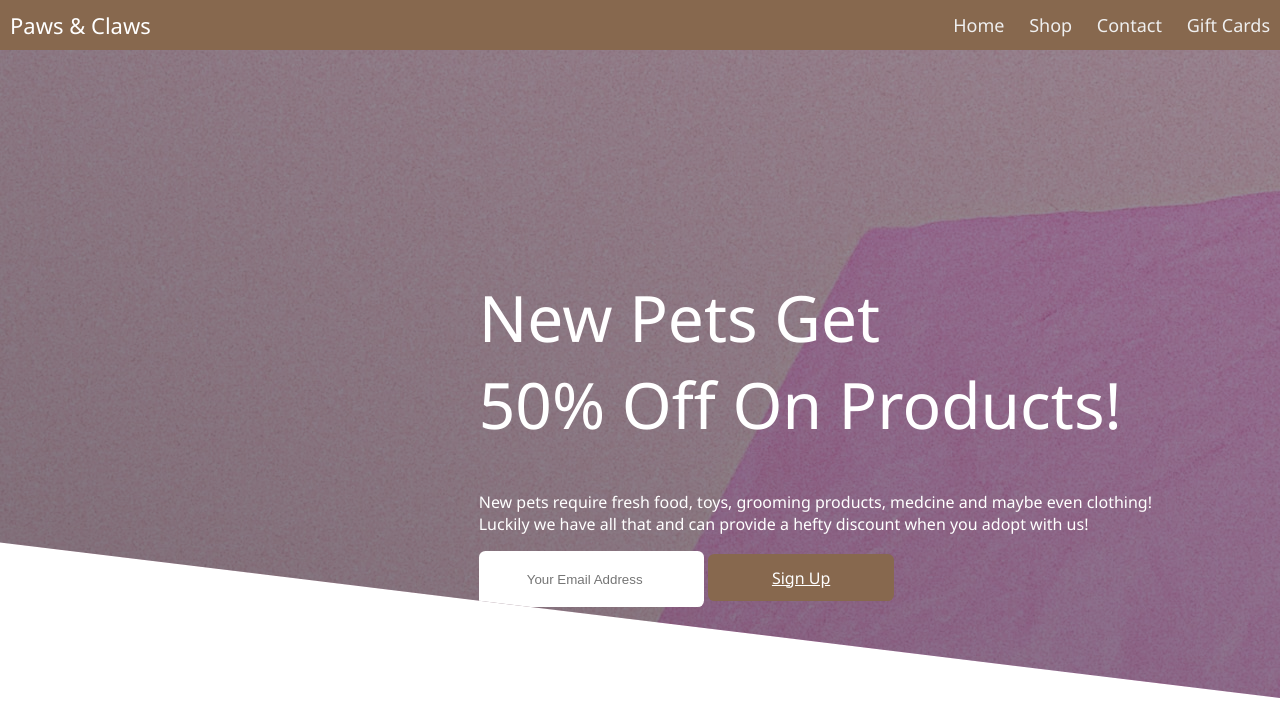
Repository: LtGriff/petProject
Page: dist/about.html
An editor plug-in stored every save of this project. The page is shown before and after a run of saves, followed by the edit.
The browser window is 1280 px wide. The pictures show the whole page.

Above is the page before, as saved 2022-05-19 07:39:38.

### dist/about.html
<!DOCTYPE html>
<html lang="en">
<head>
    <meta charset="UTF-8">
    <meta http-equiv="X-UA-Compatible" content="IE=edge">
    <meta name="viewport" content="width=device-width, initial-scale=1.0">
    <link rel="stylesheet" type="text/css" href="../CSS/about.css">
    <title>About the Animal House</title>
</head>
<body>
<!-------------NAV***************BAR----------------------->

    <div class="nav">
        <input type="checkbox" id="nav-check">
        <div class="nav-header">
          <div class="nav-title">
            Paws & Claws
          </div>
        </div>
        <div class="nav-btn">
          <label for="nav-check">
            <span></span>
            <span></span>
            <span></span>
          </label>
        </div>

        <div class="nav-links">
          <a href="index.html" target="">Home</a>
          <a href="shop.html" target="_blank">Shop</a>
          <a href="contact.html" target="_blank">Contact</a>
          <a href="giftcard.html" target="_blank">Gift Cards</a>
        </div>
      </div>

    <!-------------NAV*******BAR********END----------------------->


 <!------------------HEADER*******SECTION---------------------->


 <div class="dogfield"></div>

 <header id="header-section">
  <div class="header-text container">
      <h1>New Pets Get <br> 50%  Off On Products!</h1>
      <p>
         New pets require fresh food, toys, grooming products, medcine and maybe even clothing!<br> Luckily we have all that and can provide a hefty discount when you adopt with us!
      </p>
      <input id="userInput" type="email" placeholder="Your Email Address" required>
      <a class="cta" href="#">Sign Up</a>
      <p id="error">Please provide a valid email address</p>
  </div>
</header>










</body>
</html>

### dist/CSS/about.css
/** NAV BAR **/

* {
    box-sizing: border-box;
  }

  body {
    margin: 0px;
    font-family: 'segoe ui';
  }

  .nav {
    height: 50px;
    width: 100%;
    background-color: #87684e;

  /**
    opacity: .5;
    filter: alpha(opacity=50);
    position: relative;**/
    /* z-index: ; */


    box-shadow:
    0 2.8px 2.2px rgba(0, 0, 0, 0.034),
    0 6.7px 5.3px rgba(0, 0, 0, 0.048),
    0 12.5px 10px rgba(0, 0, 0, 0.06),
    0 22.3px 17.9px rgba(11, 4, 4, 0.072),
    0 41.8px 33.4px rgba(0, 0, 0, 0.086),
    0 100px 80px rgba(0, 0, 0, 0.12);
  }

  .nav > .nav-header {
    display: inline;
  }

  .nav > .nav-header > .nav-title {
    display: inline-block;
    font-size: 22px;
    color: #fff;
    padding: 10px 10px 10px 10px;
  }

  .nav > .nav-btn {
    display: none;
  }

  .nav > .nav-links {
    display: inline;
    float: right;
    z-index: 9;
    font-size: 18px;
  }

  .nav > .nav-links > a {
    display: inline-block;
    padding: 13px 10px 13px 10px;
    text-decoration: none;
    color: #efefef;
  }

  .nav > .nav-links > a:hover {
    background-color: rgba(0, 0, 0, 0.3);
  }

  .nav > #nav-check {
    display: none;
  }


 /** HEADER SECTION **/

#header-section{
    height: 90vh;
    background-image: linear-gradient(
        to left bottom,
        rgba(0, 0, 0, 0.4),
        rgba(0, 0, 0, 0.5)),
    url("../img/catpink.jpg");
    background-attachment: fixed;
    background-size: auto;
    position: relative;
    object-fit: scale-down;
    clip-path: polygon(0% 0%,100% 0%,100% 100%,0% 76%);

  }



  .header-text {
    position: absolute;
    top: 28%;
    right: 10%;
    color: #ffffff;
  }

  .header-text h1 {
    font-size: 4rem;
    font-weight: 500;
  }

  .header-text p {
    margin-bottom: 1rem;
  }

  #header-section input {
    width: 225px;
    height: 3.5rem;
    border-radius: 0.4rem;
    border: none;
    padding: 0.5rem 3rem;
  }

  .cta {
    background-color: #87684e;
    padding: 0.8rem 4rem;
    border-radius: 0.4rem;
    color: #fff;
    font-weight: 400;
  }

  .cta:hover {
    transform: translateY(-3px);
    box-shadow: 0 1rem 2rem rgba(0, 0, 0, .2);
  }

  .cta:active {
    transform: translateY(-1px);
    box-shadow: 0 .5rem 1rem rgba(0, 0, 0, .2);
  }

  .cta::after {
    content: "";
    display: inline-block;
    height: 100%;
    width: 100%;
    border-radius: 10rem;
    position: absolute;
    top: 0;
    left: 0;
    z-index: -1;
    transition: all .4s;
  }

  .cta:hover::after {
    transform: scaleX(1.4) scaleY(1.6);
    opacity: 0;
  }

  #error {
    color: red;
    font-weight: 600;
    display: none;
    margin-top: 1rem;
    transition: all 0.5s ease-in;
  }

@media (max-width:600px) {
    .nav > .nav-btn {
      display: inline-block;
      position: absolute;
      right: 0px;
      top: 0px;
    }
    .nav > .nav-btn > label {
      display: inline-block;
      width: 50px;
      height: 50px;
      padding: 13px;
    }
    .nav > .nav-btn > label:hover,.nav  #nav-check:checked ~ .nav-btn > label {
      background-color: rgba(0, 0, 0, 0.3);
    }
    .nav > .nav-btn > label > span {
      display: block;
      width: 25px;
      height: 10px;
      border-top: 2px solid #eee;
    }
    .nav > .nav-links {
      position: absolute;
      display: block;
      width: 100%;
      background: rgb(234,212,189);
      background: linear-gradient(7deg, rgba(234,212,189,1) 0%, rgba(204,175,140,1) 24%, rgba(191,161,124,1) 64%, rgba(135,104,78,1) 98%);
      height: 0px;
      transition: all 0.3s ease-in;
      overflow-y: hidden;
      top: 50px;
      left: 0px;
    }
    .nav > .nav-links > a {
      display: block;
      width: 100%;
    }
    .nav > #nav-check:not(:checked) ~ .nav-links {
      height: 0px;
    }
    .nav > #nav-check:checked ~ .nav-links {
      height: calc(28vh - 50px);
      overflow-y: auto;
    }

  }

After the next 3 saves:
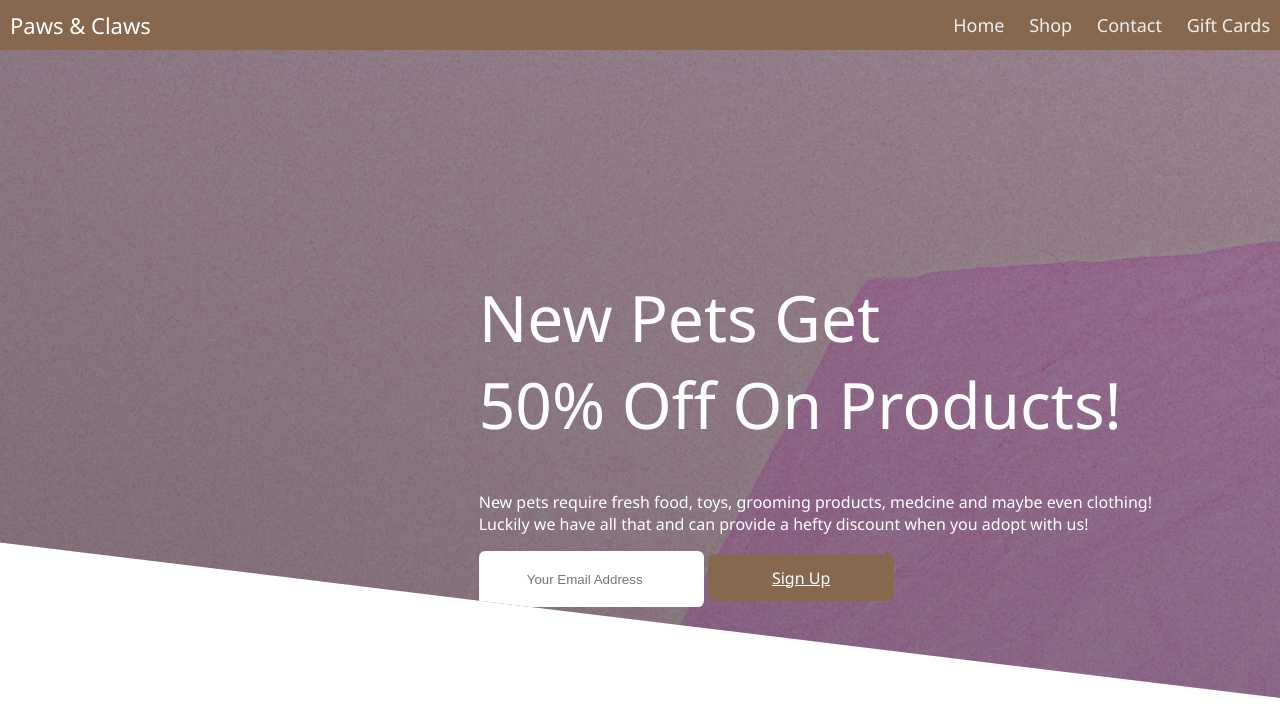
The 3 saves are shown as one change because they came seconds apart.
The last was saved 18 s later.
--- a/dist/CSS/about.css
+++ b/dist/CSS/about.css
@@ -77,7 +77,7 @@
         rgba(0, 0, 0, 0.4),
         rgba(0, 0, 0, 0.5)),
     url("../img/catpink.jpg");
-    background-attachment: fixed;
+    background-attachment:scroll
     background-size: auto;
     position: relative;
     object-fit: scale-down;

After the 6 saves that followed:
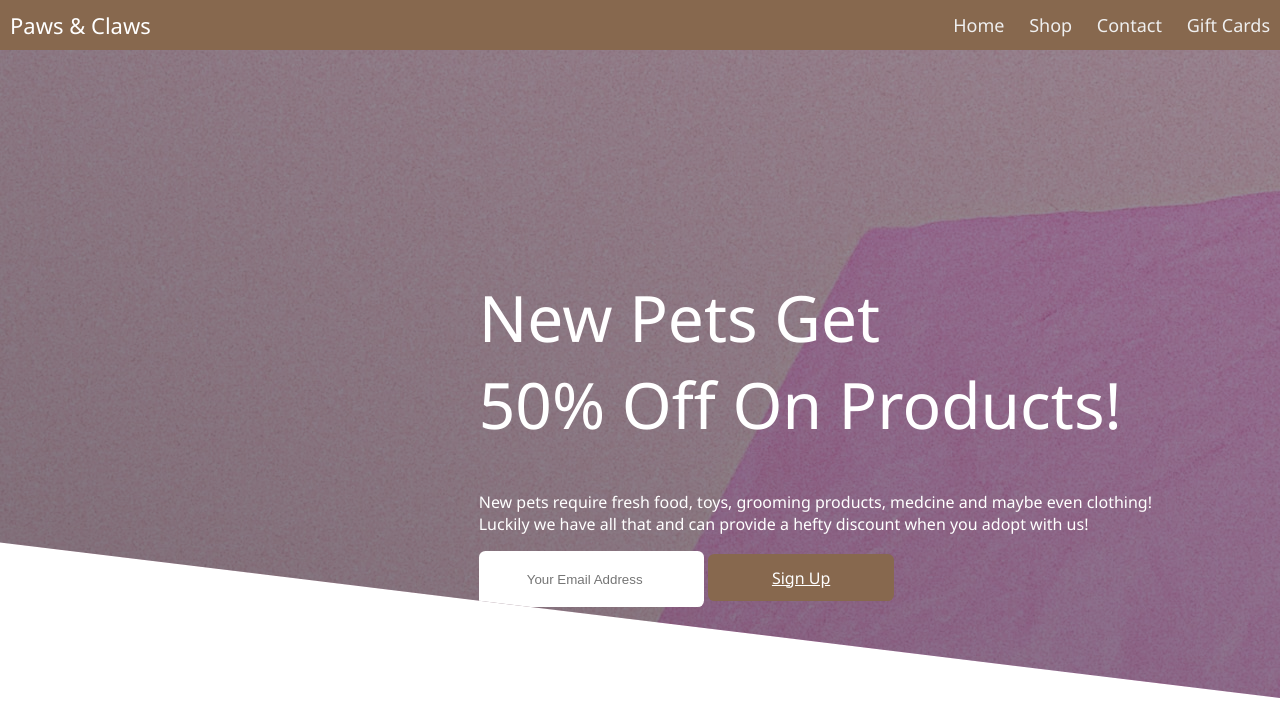
The 6 saves are shown as one change because 3 left the picture as it was and some came seconds apart.
The last was saved 22 s later.
--- a/dist/CSS/about.css
+++ b/dist/CSS/about.css
@@ -77,7 +77,7 @@
         rgba(0, 0, 0, 0.4),
         rgba(0, 0, 0, 0.5)),
     url("../img/catpink.jpg");
-    background-attachment:scroll
+    background-attachment: fixed;
     background-size: auto;
     position: relative;
     object-fit: scale-down;
